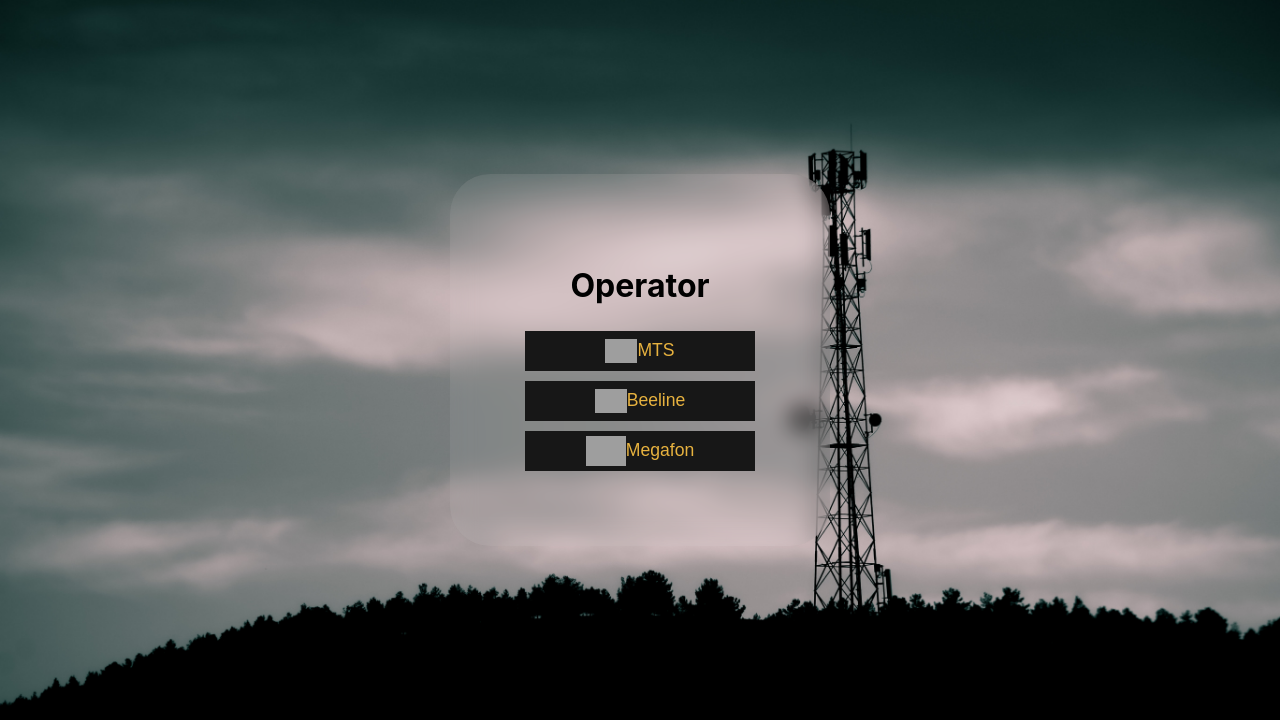
Repository: MiroslavWise/operator
Page: /
The author's editor kept a copy of each file at every save. The page is drawn from the files as they stood at one save, then again after the next save.
The browser window is 1280 px wide. The pictures show the whole page.
Pictures or frames that could not be fetched are drawn as grey boxes. The project was rebuilt for these pictures with package versions that can differ from the ones it lists, and the page was loaded fresh each time. Also part of the build but not shown: src/pages/MTS.jsx, src/pages/Beeline.jsx, src/pages/Megafon.jsx. Imported but missing from the stored project, and not drawn on this page: src/components/CompFormik.

Above is the page before, as saved 2022-02-15 19:25:58.

### src/index.tsx
import { BrowserRouter, Routes, Route } from "react-router-dom";

import ReactDOM from 'react-dom';
import './index.css';
import App from './App';
import reportWebVitals from './reportWebVitals';
import MTS from "./pages/MTS";
import Beeline from "./pages/Beeline";
import Megafon from "./pages/Megafon";

ReactDOM.render(
    <BrowserRouter>
    <Routes>
      <Route path="/" element={<App />}/>
      <Route path="mts" element={<MTS />}/>
      <Route path="beeline" element={<Beeline />}/>
      <Route path="megafon" element={<Megafon />}/>
    </Routes>
  </BrowserRouter>,

  document.getElementById('root')
);
reportWebVitals();

### src/index.css
body {
  margin: 0;
  font-family: -apple-system, BlinkMacSystemFont, 'Segoe UI', 'Roboto', 'Oxygen',
    'Ubuntu', 'Cantarell', 'Fira Sans', 'Droid Sans', 'Helvetica Neue',
    sans-serif;
  -webkit-font-smoothing: antialiased;
  -moz-osx-font-smoothing: grayscale;
  display: flex;
  justify-content: center;
  justify-items: center;
  align-items: center;
  height: 100vh;
  background-image: url(Picture/pexels-furkan-i̇nce-4249270.jpg);
  background-size: cover;
}

code {
  font-family: source-code-pro, Menlo, Monaco, Consolas, 'Courier New',
    monospace;
}

### src/App.tsx
import './App.css';
import { Link } from 'react-router-dom';

function App() {
  return (
  <div className='navigation'>
      <h1>Operator</h1>
      <nav>
          <Link to="mts"><button><img src='https://upload.wikimedia.org/wikipedia/commons/c/c2/MTS_logo.svg' height={'24px'} alt='MTS'/><a>MTS</a></button></Link>
          <Link to="beeline"><button><img src={'https://upload.wikimedia.org/wikipedia/en/b/b1/Beeline.svg'} height={'24px'} alt='Beeline'/><a>Beeline</a></button></Link>
          <Link to="megafon"><button><img src={'https://upload.wikimedia.org/wikipedia/commons/9/9e/MegaFon_logo.svg'}  width={'40px'}/><a>Megafon</a></button></Link>
      </nav>
    </div>
  );
}

export default App;

### src/App.css
a {
  text-decoration: none;
}

@media (prefers-reduced-motion: no-preference) {
  .App-logo {
    animation: App-logo-spin infinite 20s linear;
  }
}

.App-header {
  background-color: #282c34;
  min-height: 100vh;
  display: flex;
  flex-direction: column;
  align-items: center;
  justify-content: center;
  font-size: calc(10px + 2vmin);
  color: white;
}

.App-link {
  color: #61dafb;
}

@keyframes App-logo-spin {
  from {
    transform: rotate(0deg);
  }
  to {
    transform: rotate(360deg);
  }
}

.navigation {
    display: flex;
    flex-direction: column;
    justify-content: center;
    align-items: center;
    background-color: #ffffff10;
    backdrop-filter: blur(12px);
    -webkit-backdrop-filter: blur(50px);
    border-radius: 40px;
    height: auto;
    padding: 70px;
    margin:auto;
}

nav {
    display: flex;
    flex-direction: column;
    justify-content: center;
}

button{
  display: flex;
    flex-direction: row;
    justify-content: center;
  width: 230px;
  height: 40px;
  font-size: 1.1em;
  cursor: pointer;
  background-color: #171717;
  color: rgb(231, 178, 63);
  border: none;
  margin: 5px;
  align-items: center;
  text-align: center;
}

Loaded but not shown: public/index.html (common file); src/reportWebVitals.ts (common file)

After the next save:
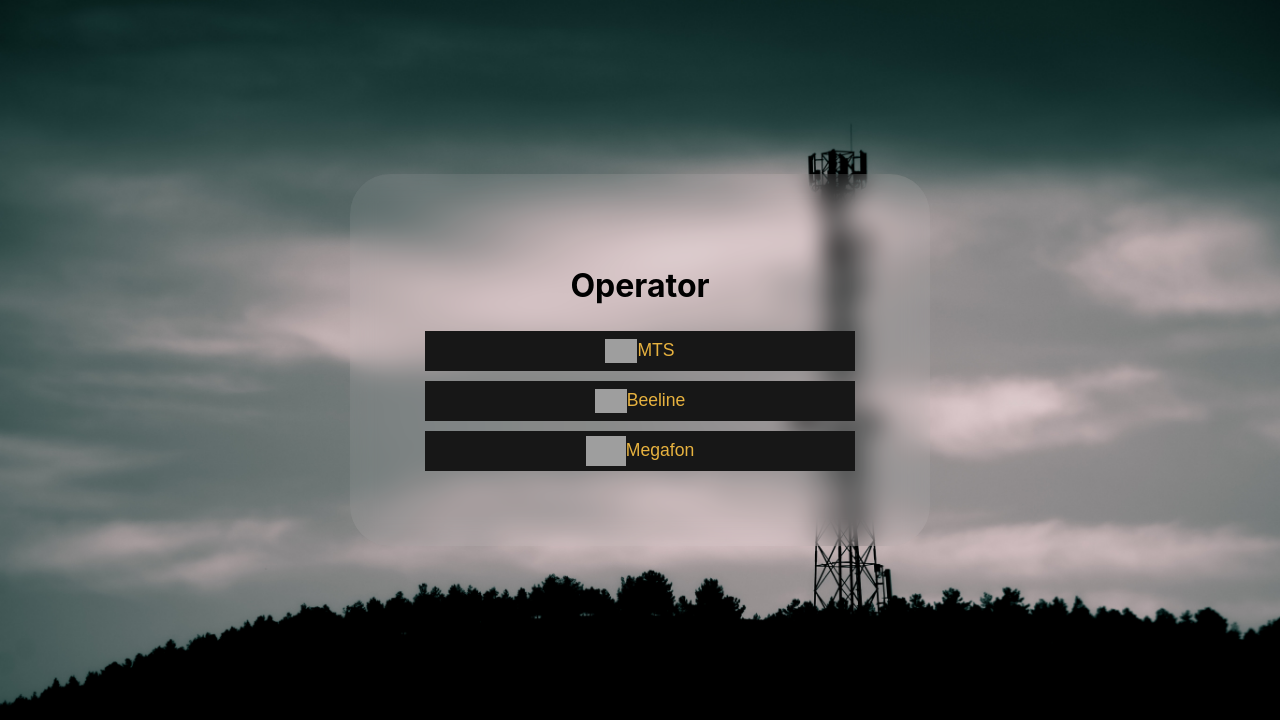
Saved 12 min 12 s later.
--- a/src/App.css
+++ b/src/App.css
@@ -56,7 +56,7 @@
   display: flex;
     flex-direction: row;
     justify-content: center;
-  width: 230px;
+  width: 430px;
   height: 40px;
   font-size: 1.1em;
   cursor: pointer;

After the save that followed:
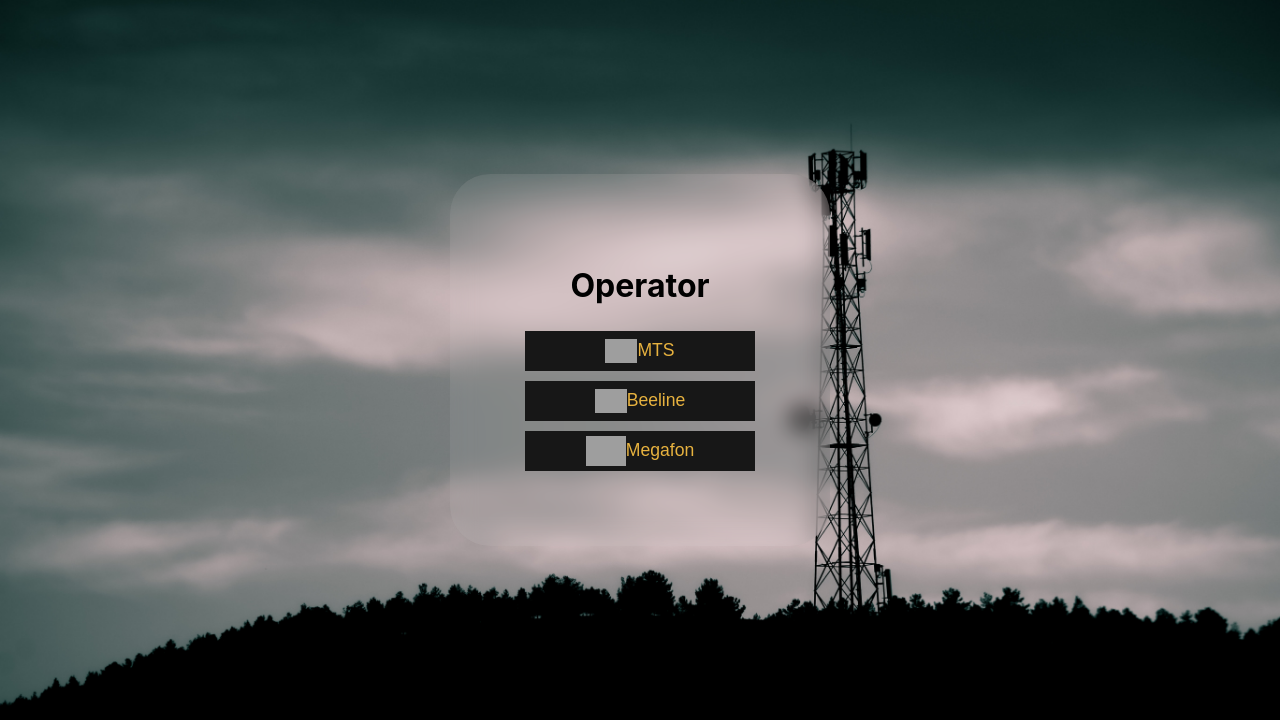
Saved 5 s later.
--- a/src/App.css
+++ b/src/App.css
@@ -56,7 +56,7 @@
   display: flex;
     flex-direction: row;
     justify-content: center;
-  width: 430px;
+  width: 230px;
   height: 40px;
   font-size: 1.1em;
   cursor: pointer;
